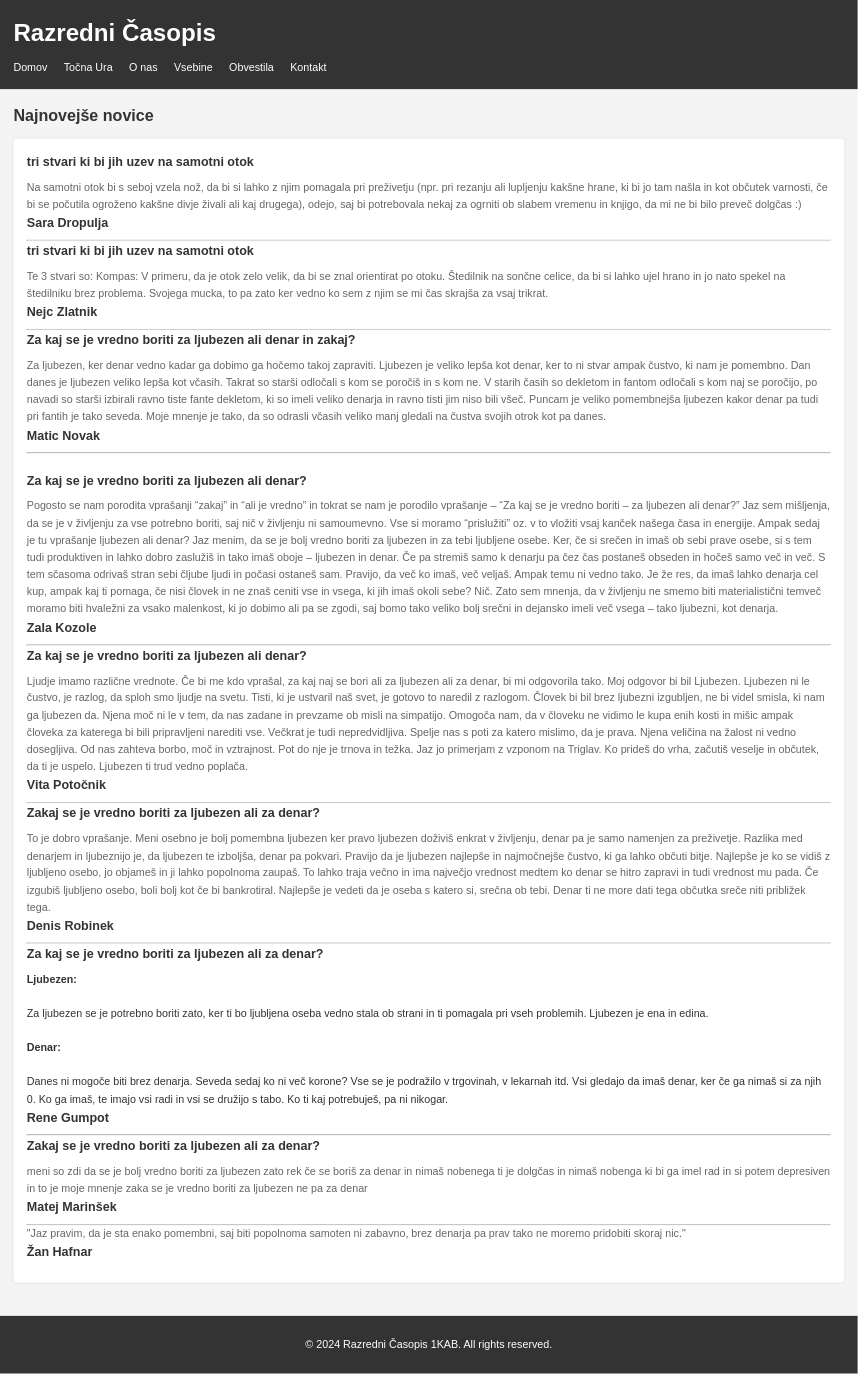
Repository: razrednicasopis/razrednicasopis.github.io
Page: Resources/index.html
An editor plug-in stored every save of this project. The page is shown before and after the next save, followed by the edit.
The browser window is 1280 px wide. The pictures show the whole page, at 67% of full size.

Above is the page before, as saved 2024-03-07 09:36:05.

### Resources/index.html
<!DOCTYPE html>
<html lang="en">
<head>
  <meta charset="UTF-8">
  <meta name="viewport" content="width=device-width, initial-scale=1.0">
  <link rel="stylesheet" href="styless.css">
  <link rel="stylesheet" href="system.css">
  <title>Razredni Časopis</title>
</head>
<body>
<div class="blur-container">
<header>
  <h1>Razredni Časopis</h1>
  <nav>
    <ul>
      <li><a href="#">Domov</a></li>
      <li><a href="Ura.html">Točna Ura</a></li>
      <li><a href="o-nas.html">O nas</a></li>
      <li><a href="vsebine.html">Vsebine </a></li>
      <li><a href="obvestila.html">Obvestila</a></li>
      <li><a href="#" class="showPopupLink">Kontakt</a></li>
    </ul>
  </nav>
</header>


<main>
  <section class="novice">
    <h2>Najnovejše novice</h2>
    <article>
      <h3>tri stvari ki bi jih uzev na samotni otok</h3>
      <p>Na samotni otok bi s seboj vzela nož, da bi si lahko z njim pomagala pri preživetju (npr. pri rezanju ali lupljenju kakšne hrane, ki bi jo tam našla in kot občutek varnosti, če bi se počutila ogroženo kakšne divje živali ali kaj drugega), odejo, saj bi potrebovala nekaj za ogrniti ob slabem vremenu in knjigo, da mi ne bi bilo preveč dolgčas :)

</p>
<h3>Sara Dropulja</h3>
<hr>
      <h3>tri stvari ki bi jih uzev na samotni otok</h3>
            <p>Te 3 stvari so:
Kompas: V primeru, da je otok zelo velik, da bi se znal orientirat po otoku.
Štedilnik na sončne celice, da bi si lahko ujel hrano in jo nato spekel na štedilniku brez problema.
Svojega mucka, to pa zato ker vedno ko sem z njim se mi čas skrajša za vsaj trikrat.
<h3>Nejc Zlatnik</h3>
</p>
<hr>
<h3>Za kaj se je vredno boriti za ljubezen ali denar in zakaj?</h3>
  <p>Za ljubezen, ker denar vedno kadar ga dobimo ga hočemo takoj zapraviti. Ljubezen je veliko lepša kot denar, ker to ni stvar ampak čustvo, ki nam je pomembno. Dan danes je ljubezen veliko lepša kot včasih. Takrat so starši odločali s kom se poročiš in s kom ne. V starih časih so dekletom in fantom odločali s kom naj se poročijo, po navadi so starši izbirali ravno tiste fante dekletom, ki so imeli veliko denarja in ravno tisti jim niso bili všeč. Puncam je veliko pomembnejša ljubezen kakor denar pa tudi pri fantih je tako seveda. Moje mnenje je tako, da so odrasli včasih veliko manj gledali na čustva svojih otrok kot pa danes.

<h3>Matic Novak</h3></p>

<hr>
<br>
<h3>Za kaj se je vredno boriti za ljubezen ali denar?
</h3>
<p>Pogosto se nam porodita vprašanji “zakaj” in “ali je vredno” in tokrat se nam je porodilo vprašanje – “Za kaj se je vredno boriti – za ljubezen ali denar?”
Jaz sem mišljenja, da se je v življenju za vse potrebno boriti, saj nič v življenju ni samoumevno. Vse si moramo “prislužiti” oz. v to vložiti vsaj kanček našega časa in energije.
Ampak sedaj je tu vprašanje ljubezen ali denar? Jaz menim, da se je bolj vredno boriti za ljubezen in za tebi ljubljene osebe. Ker, če si srečen in imaš ob sebi prave osebe, si s tem tudi produktiven in lahko dobro zaslužiš in tako imaš oboje – ljubezen in denar.
Če pa stremiš samo k denarju pa čez čas postaneš obseden in hočeš samo več in več. S tem sčasoma odrivaš stran sebi čljube ljudi in počasi ostaneš sam.
Pravijo, da več ko imaš, več veljaš. Ampak temu ni vedno tako. Je že res, da imaš lahko denarja cel kup, ampak kaj ti pomaga, če nisi človek in ne znaš ceniti vse in vsega, ki jih imaš okoli sebe? Nič. Zato sem mnenja, da v življenju ne smemo biti materialistični temveč moramo biti hvaležni za vsako malenkost, ki jo dobimo ali pa se zgodi, saj bomo tako veliko bolj srečni in dejansko imeli več vsega – tako ljubezni, kot denarja.<br>
<h3>Zala Kozole</h3>
</p>
<hr>
<h3>Za kaj se je vredno boriti za ljubezen ali denar?</h3>
<p>Ljudje imamo različne vrednote. Če bi me kdo vprašal, za kaj naj se bori ali za ljubezen ali za denar, bi mi odgovorila tako. Moj odgovor bi bil Ljubezen.
Ljubezen ni le čustvo, je razlog, da sploh smo ljudje na svetu. Tisti, ki je ustvaril naš svet, je gotovo to naredil z razlogom. Človek bi bil brez ljubezni izgubljen, ne bi videl smisla, ki nam ga ljubezen da. Njena moč ni le v tem, da nas zadane in prevzame ob misli na simpatijo. Omogoča nam, da v človeku ne vidimo le kupa enih kosti in mišic ampak človeka za katerega bi bili pripravljeni narediti vse. Večkrat je tudi nepredvidljiva. Spelje nas s poti za katero mislimo, da je prava. Njena veličina na žalost ni vedno dosegljiva. Od nas zahteva borbo, moč in vztrajnost. Pot do nje je trnova in težka. Jaz jo primerjam z vzponom na Triglav. Ko prideš do vrha, začutiš veselje in občutek, da ti je uspelo. Ljubezen ti trud vedno poplača.
</p>
      <h3>Vita Potočnik</h3>
      <hr>
      <h3>Zakaj se je vredno boriti za ljubezen ali za denar?
</h3>
<P>To je dobro vprašanje. Meni osebno je bolj pomembna ljubezen ker pravo ljubezen doživiš enkrat v življenju, denar pa je samo namenjen za preživetje. Razlika med denarjem in ljubeznijo je, da ljubezen te izboljša, denar pa pokvari. Pravijo da je ljubezen najlepše in najmočnejše čustvo, ki ga lahko občuti bitje. Najlepše je ko se vidiš z ljubljeno osebo, jo objameš in ji lahko popolnoma zaupaš. To lahko traja večno in ima največjo vrednost medtem ko denar se hitro zapravi in tudi vrednost mu pada. Če izgubiš ljubljeno osebo, boli bolj kot če bi bankrotiral. Najlepše je vedeti da je oseba s katero si, srečna ob tebi. Denar ti ne more dati tega občutka sreče niti približek tega.</P>
<h3>Denis Robinek</h3>
<hr>
<h3>Za kaj se je vredno boriti za ljubezen ali za denar?</h3>
<p><h4>Ljubezen:</h4><br>
Za ljubezen se je potrebno boriti zato, ker ti bo ljubljena oseba vedno stala ob strani in ti pomagala pri vseh problemih. Ljubezen je ena in edina.<br>
<br>
<h4>Denar:</h4>
<br>
Danes ni mogoče biti brez denarja. Seveda sedaj ko ni več korone? Vse se je podražilo v trgovinah, v lekarnah itd. Vsi gledajo da imaš denar, ker če ga nimaš si za njih 0. Ko ga imaš, te imajo vsi radi in vsi se družijo s tabo. Ko ti kaj potrebuješ, pa ni nikogar.
<h3>Rene Gumpot</h3></p>
<hr>
<h3>Zakaj se je vredno boriti za ljubezen ali za denar?</h3>
<p>meni so zdi da se je bolj vredno boriti za ljubezen zato rek če se boriš
za denar in nimaš nobenega ti je dolgčas in nimaš nobenga ki bi ga imel rad in si potem depresiven
in to je moje mnenje zaka se je vredno boriti za ljubezen ne pa za denar

<h3>Matej Marinšek</h3></p>
<hr>
    <p>"Jaz pravim, da je sta enako pomembni, saj biti popolnoma samoten ni zabavno, brez denarja pa prav tako ne moremo pridobiti skoraj nic."

<h3>Žan Hafnar</h3></p>


    </article>
    <!-- Dodaj več novic -->
  </section>
</main>


<footer>
  <p>&copy; 2024 Razredni Časopis 1KAB. All rights reserved.
  </footer>

</div>

<!--Od tu naprej je koda za razne stvari kot so popupi-->

<div id="popupContainer">
  <div id="popupContent">
      <h1><b>NEDOSEGLJIVE VSEBINE</b></h1>
      <p>Te vsebine bodo na voljo v naslednjih verzijah strani.
      <p>Obiščite <a href="obvestila.html">obvestila</a> za več novic.<p><br>
      <button id="closePopupBtn">V redu</button>
  </div>
</div>

<div id="maintenancePopup">
    <div id="maintenancePopupContent">
      <h1>POVEZAVA IZGUBLJENA</h1>
      <p>Povezava z strežnikom izgubljena zaradi vzdrževanja strani. Prosimo osvežite stran.</p>
      <button id="closeMaintenancePopupBtn">Osveži</button>
    </div>
</div>


<script src="alerts.js"></script>
<script src="maintenancemode.js"></script>

</body>
</html>

### Resources/styless.css
* {
  margin: 0;
  padding: 0;
  box-sizing: border-box;
}

/* Globalni slogi */
body {
  font-family: Arial, sans-serif;
  line-height: 1.6;
  background-color: #f4f4f4;
  color: #333;
  margin: 0;
  padding: 0;
  max-height: 100vh;
}


.container {
    text-align: center;
    margin-top: 50px;
}

.border-box {
    display: inline-block;
    padding: 200px;
    width: 550px;
    height: 500px;
    border: 5px solid #333; /* Set your desired border color */
    border-radius: 30px; /* Set the border radius for slightly curved corners */
    background-color: #333; /* Set your desired background color inside the border */
}

header {
  background: #333;
  color: #fff;
  padding: 20px;
}

header h1 {
  margin-bottom: 10px;
  font-size: 36px;
}

nav ul {
  list-style: none;
}

nav ul li {
  display: inline;
  margin-right: 20px;
}

nav ul li a {
  color: #fff;
  text-decoration: none;
}

main {
  padding: 20px;
}

section {
  margin-bottom: 30px;
}

section h2 {
  margin-bottom: 15px;
}

article {
  background: #fff;
  padding: 20px;
  border-radius: 5px;
  box-shadow: 0 0 5px rgba(0, 0, 0, 0.1);
}

article h3 {
  margin-bottom: 10px;
}

article p {
  color: #666;
}

article a {
  display: inline-block;
  margin-top: 10px;
  text-decoration: none;
  color: #333;
  border-bottom: 1px solid #333;
  padding-bottom: 2px;
}

article a:hover {
  color: #000;
  border-color: #000;
}



footer {
  text-align: center;
  padding: 30px;
  background-color: #333;
  color: #fff;
  position: absolute;
  bottom: auto;
  width: 100%;
  text-align: center;
}

### Resources/system.css
/* Koda za "Coming Soon" pop-up */

#popupContainer {
    display: none;
    position: fixed;
    top: 50%;
    left: 50%;
    transform: translate(-50%, -50%);
    background-color: #ffffff;
    box-shadow: 0 4px 8px rgba(0, 0, 0, 0.1);
    padding: 20px;
    border-radius: 10px;
    text-align: center;
    z-index: top;
  }

  #popupContent {
    max-width: 400px;
    margin: 0 auto;
  }

  #closePopupBtn {
    background-color: #3498db;
    color: #ffffff;
    padding: 10px 15px;
    border: none;
    border-radius: 5px;
    cursor: pointer;
  }

  #closePopupBtn:hover {
      background-color: #4da8e1;
  }

  #showPopupLink {
    display: inline-block;
    padding: 10px 15px;
    color: #ffffff;
    text-decoration: none;
    border-radius: 5px;
    cursor: pointer;
  }

body.popup-open {
   overflow: hidden;
}

.popup-open .blur-container {
  filter: blur(5px); /* Apply blur effect only when popup is open */
  pointer-events: none;
}

#maintenancePopup {
  display: none;
  position: fixed;
  top: 50%;
  left: 50%;
  transform: translate(-50%, -50%);
  background-color: #ffffff;
  box-shadow: 0 4px 8px rgba(0, 0, 0, 0.1);
  padding: 20px;
  border-radius: 10px;
  text-align: center;
  z-index: 999;
}

#maintenancePopupContent {
  max-width: 400px;
  margin: 0 auto;
}

#closeMaintenancePopupBtn {
  background-color: #3498db;
  color: #ffffff;
  padding: 10px 15px;
  border: none;
  border-radius: 5px;
  cursor: pointer;
  margin-top: 20px;
}

#closeMaintenancePopupBtn:hover {
  background-color: #4da8e1;
}

/* Koda za "Kontakt" obrazec */

#contactform {
    align-self: center;
    }

    .formcontainer {
      text-align: center;
      margin-top: 50px;
      display: flex;
      justify-content: center;
      align-items: flex-start; /* Align items at the top */
  }

  .border-box {
      display: inline-block;
      padding: 20px;
      width: 550px;
      height: 500px;
      border: 5px solid #333; /* Set your desired border color */
      border-radius: 30px; /* Set the border radius for slightly curved corners */
      background-color: #333; /* Set your desired background color inside the border */
  }

  form input,
form textarea {
    width: calc(100% - 40px); /* Adjusted width with a bit of padding on each side */
    padding: 10px; /* Increased padding for better readability */
    margin-bottom: 5px; /* Increased spacing between input areas */
    margin-top: 25px; /* Move input areas slightly lower */
    height: 40px; /* Increased height to make input areas bigger */
}

form select{
width: calc(100% - 40px); /* Adjusted width with a bit of padding on each side */
padding: 10px; /* Increased padding for better readability */
margin-bottom: 5px;
margin-top: 20px; /* Move input areas slightly lower */
height: 40px; /* Height of input areas */
border: 1px solid #ccc; /* Border style */
border-radius: 5px; /* Border radius */
font-size: 16px; /* Font size */
}

form textarea {
  height: 120px;
}

/* Form Submit Button Styles */

/* Your existing CSS code */
/* Koda za "Coming Soon" pop-up */

#popupContainer {
  display: none;
  position: fixed;
  top: 50%;
  left: 50%;
  transform: translate(-50%, -50%);
  background-color: #ffffff;
  box-shadow: 0 4px 8px rgba(0, 0, 0, 0.1);
  padding: 20px;
  border-radius: 10px;
  text-align: center;
  z-index: top;
}


#popupContent {
  max-width: 400px;
  margin: 0 auto;
}

#closePopupBtn {
  background-color: #3498db;
  color: #ffffff;
  padding: 10px 15px;
  border: none;
  border-radius: 5px;
  cursor: pointer;
}

#closePopupBtn:hover {
    background-color: #4da8e1;
}

#showPopupLink {
  display: inline-block;
  padding: 10px 15px;
  color: #ffffff;
  text-decoration: none;
  border-radius: 5px;
  cursor: pointer;
}

body.popup-open {
 overflow: hidden;
}

body.blur {
filter: blur(5px);
pointer-events: none;
z-index: 1;
}

/* Koda za "Kontakt" obrazec */

#contactform {
  align-self: center;
}

.formcontainer {
  text-align: center;
  margin-top: 50px;
  display: flex;
  justify-content: center;
  align-items: flex-start; /* Align items at the top */
}

.border-box {
  display: inline-block;
  padding: 20px;
  width: 550px;
  height: 500px;
  border: 5px solid #333; /* Set your desired border color */
  border-radius: 30px; /* Set the border radius for slightly curved corners */
  background-color: #333; /* Set your desired background color inside the border */
}

form input,
form textarea {
  width: calc(100% - 40px); /* Adjusted width with a bit of padding on each side */
  padding: 10px; /* Increased padding for better readability */
  margin-bottom: 5px; /* Increased spacing between input areas */
  margin-top: 25px; /* Move input areas slightly lower */
  height: 40px; /* Increased height to make input areas bigger */
}

form select{
width: calc(100% - 40px); /* Adjusted width with a bit of padding on each side */
padding: 10px; /* Increased padding for better readability */
margin-bottom: 5px;
margin-top: 20px; /* Move input areas slightly lower */
height: 40px; /* Height of input areas */
border: 1px solid #ccc; /* Border style */
border-radius: 5px; /* Border radius */
font-size: 16px; /* Font size */
}

form textarea {
height: 120px;
}

/* Combined CSS for Blob Button */

*, *:before, *:after {
  box-sizing: border-box;
  margin: 0;
  padding: 0;
}

.buttons {
  margin-top: 2 0px;
  text-align: center;
  border-radius: 30px;
}

.blob-btn {
  z-index: 1;
  position: relative;
  padding: 20px 150px;
  margin-bottom: 40px;
  margin-top: 10px;
  text-align: center;
  text-transform: uppercase;
  color: #0505A9;
  font-size: 16px;
  font-weight: bold;
  background-color: transparent;
  outline: none;
  border: none;
  transition: color 0.5s;
  cursor: pointer;
  border-radius: 30px;
}
.blob-btn:before {
  content: "";
  z-index: 1;
  position: absolute;
  left: 0;
  top: 0;
  width: 100%;
  height: 100%;
  border: 2px solid #0505A9;
  border-radius: 30px;
}
.blob-btn:after {
  content: "";
  z-index: -2;
  position: absolute;
  left: 3px;
  top: 3px;
  width: 100%;
  height: 100%;
  transition: all 0.3s 0.2s;
  border-radius: 30px;
}
.blob-btn:hover {
  color: #FFFFFF;
  border-radius: 30px;
}
.blob-btn:hover:after {
  transition: all 0.3s;
  left: 0;
  top: 0;
  border-radius: 30px;
}
.blob-btn__inner {
  z-index: -1;
  overflow: hidden;
  position: absolute;
  left: 0;
  top: 0;
  width: 100%;
  height: 100%;
  border-radius: 30px;
  background: #ffffff;
}
.blob-btn__blobs {
  position: relative;
  display: block;
  height: 100%;
  filter: url("#goo");
}
.blob-btn__blob {
  position: absolute;
  top: 2px;
  width: 30%;
  height: 100%;
  background: #0505A9;
  border-radius: 100%;
  transform: translate3d(0, 150%, 0) scale(1.7);
  transition: transform 0.45s;
}
@supports (filter: url("#goo")) {
  .blob-btn__blob {
    transform: translate3d(0, 150%, 0) scale(1.4);
  }
}
.blob-btn__blob:nth-child(1) {
  left: 0%;
  transition-delay: 0s;
}
.blob-btn__blob:nth-child(2) {
  left: 30%;
  transition-delay: 0.08s;
}
.blob-btn__blob:nth-child(3) {
  left: 60%;
  transition-delay: 0.16s;
}
.blob-btn__blob:nth-child(4) {
  left: 90%;
  transition-delay: 0.24s;
}
.blob-btn:hover .blob-btn__blob {
  transform: translateZ(0) scale(1.7);
}

/* Define the keyframes for the pulse effect */
@keyframes pulse {
  0% {
    box-shadow: 0 0 0 0 rgba(255, 255, 255, 0.7); /* Initial box shadow color, adjust to match button color */
  }
  50% {
    box-shadow: 0 0 0 20px rgba(255, 255, 255, 0); /* Intermediate box shadow color */
  }
  100% {
    box-shadow: 0 0 0 0 rgba(255, 255, 255, 0); /* Final box shadow color */
  }
}

/* Apply the animation to the button when it's clicked or focused */
.blob-btn:active, .blob-btn:focus {
  animation: pulse 0.3s ease-in-out; /* Adjust the duration to control the pulse speed */
}

@supports (filter: url("#goo")) {
  .blob-btn:hover .blob-btn__blob {
    transform: translateZ(0) scale(1.5);
  }
}

/* CSS za uro */

.clock {

  font-size: 3em;
}

/*CSS za vse stranske nav skupine razen za glavno */

.seznamvsebin {
  display: inline-block;
  vertical-align: bottom;
  width: calc(20% - 4px); /* Adjust width to accommodate border */
  box-sizing: border-box;
  margin: 40px;
  border: 3px solid #000; /* Border thickness */
  height: 750px; /* Set desired height */
  /* Additional styling for seznamvsebin if needed */
  background-color: #f2f2f2;

}

.seznamvsebin nav {
    justify-content: center;
    padding: 30px;

}

.seznamvsebin nav a {
      display: inline-block;
      padding: 5px 10px;
      color: #000000;
      text-align: center;
      text-decoration: none;
      margin-bottom: 5px;
      border: 2px, transparent;
      border-radius: 5px;
      transition: linear, border 0.1s linear;
      font-weight: bold;
}


.seznamvsebin nav a:hover {
    background-color: #e0e0e0;
    border: 2px solid #000000
}

.NoviceContent {
  float: right; /* Align to the right */
  width: calc(80% - 250px); /* Adjusted width */
  box-sizing: border-box;
  margin-top: 100px;
}

.NoviceContent p {
  margin-bottom: 20px;
}

/* Pravila Obrazca CSS */

.pravilaobrazca {
  height: 630px;
}

.pravilaobrazca_opozorilo {
  margin-top: 275px; /* Keeps this div at the bottom */
  color: #666; /* Change text color if desired */
}

/* Random CSS */

/* CSS for the admin credits list */

.creditscontainer {
  display: flex;
  flex-wrap: wrap;
}

.creditslist {
  flex: 1;
  margin: 10px;
  padding: 0;
  list-style-type: none;
}

.creditslist li {
  margin-bottom: 5px;
}

### Resources/alerts.js
 document.addEventListener('DOMContentLoaded', function () {
        document.querySelectorAll('.showPopupLink').forEach(function (link) {
            link.addEventListener('click', function (event) {
                event.preventDefault();
                document.getElementById('popupContainer').style.display = 'block';
                document.body.classList.add('popup-open');
            });
        });

        document.getElementById('closePopupBtn').addEventListener('click', function () {
            document.getElementById('popupContainer').style.display = 'none';
            document.body.classList.remove('popup-open');
        });
    });

    //Maintenance mode pop-up

    document.addEventListener('DOMContentLoaded', function ()  {
        function toggleMaintenancePopup(show) {
            var maintenancePopup = document.getElementById('maintenancePopup');
            if (maintenancePopup) {
                maintenancePopup.style.display = show ? 'block' : 'none';
                document.body.classList.toggle('popup-open', show);
                console.log(Error);
            }
        }


    function checkMaintenanceStatus() {
        setInterval(function () {


            toggleMaintenancePopup(maintenanceMode);

        }, 1000);
    }

    document.getElementById('closeMaintenancePopupBtn').addEventListener('click', function ()  {
        location.reload();
    });

    checkMaintenanceStatus();
});

### Resources/maintenancemode.js
var maintenanceMode = false;

After the next save:
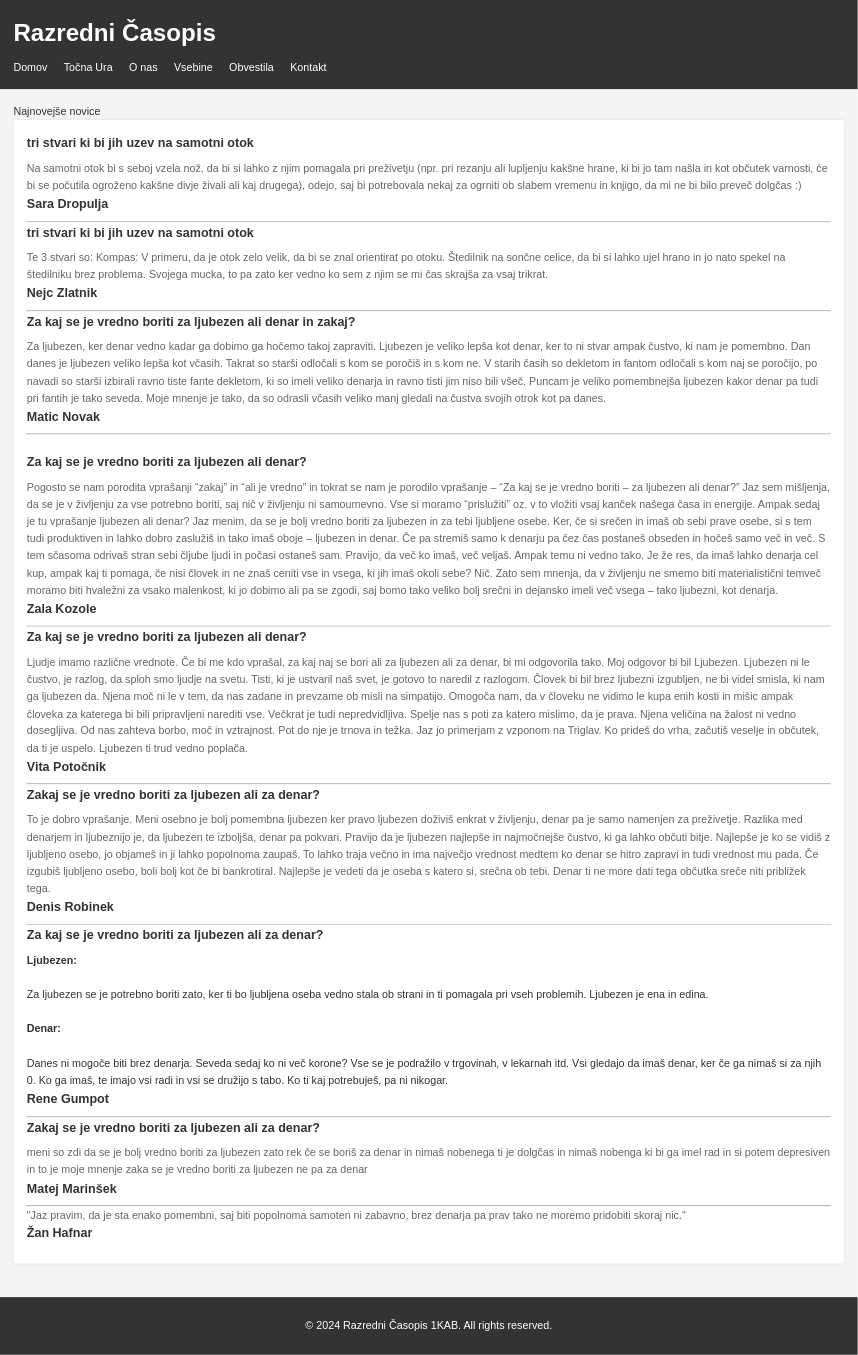
Saved 22 h 37 min later.
--- a/Resources/index.html
+++ b/Resources/index.html
@@ -25,7 +25,7 @@
 
 
 <main>
-  <section class="novice">
+  <section class="novice"
     <h2>Najnovejše novice</h2>
     <article>
       <h3>tri stvari ki bi jih uzev na samotni otok</h3>
